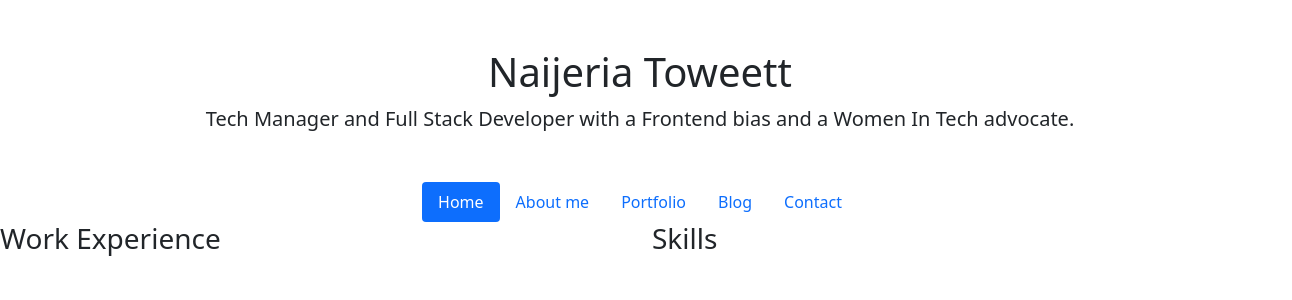
Repository: mamatechafrica/portfolio
Page: index.html
These files come from the project's save history. The page is drawn as it stood at one moment and after a run of saves; the edit follows.
The browser window is 1280 px wide. The page is 1292 px wide, so the pictures cover 1292 px, including what lies to the right of the window. The pictures show the whole page.

Above is the page before, as saved 2022-01-04 13:38:09.

### index.html
<!doctype html>
<html lang="en">
    <head>
        <!-- Required meta tags -->
        <meta charset="utf-8">
        <meta name="viewport" content="width=device-width, initial-scale=1">

        <!-- Bootstrap CSS -->
        <link href="https://cdn.jsdelivr.net/npm/bootstrap@5.0.2/dist/css/bootstrap.min.css" rel="stylesheet" integrity="sha384-EVSTQN3/azprG1Anm3QDgpJLIm9Nao0Yz1ztcQTwFspd3yD65VohhpuuCOmLASjC" crossorigin="anonymous">

        <title>NashTheCoder portfolio</title>
    </head>
    <body>
        <div class="container text-center my-5">
            <h1>Naijeria Toweett</h1>
            <p class="lead">
                Tech Manager and Full Stack Developer with a Frontend bias and a Women In Tech advocate.
            </p>
        </div>

        <div class="container">
            <nav>
                <ul class="nav nav-pills justify-content-center">
                    <li class="nav-item">
                        <a class="nav-link active" aria-current="page" href="#">Home</a>
                    </li>
                    <li class="nav-item">
                        <a class="nav-link" href="#">About me</a>
                    </li>
                    <li class="nav-item">
                        <a class="nav-link" href="#">Portfolio</a>
                    </li>
                    <li class="nav-item">
                        <a class="nav-link" href="https://mumlovestech.com/" target="blank">Blog</a>
                    </li>
                    <li class="nav-item">
                        <a class="nav-link" href="#">Contact</a>
                    </li>
                </ul>
            </nav>
        </div>

        <div class="conatiner">
            <div class="row">
                <div class="col">
                    <h3>Work Experience</h3>
                </div>

                <div class="col">
                    <h3>Skills</h3>
                </div>
            </div>
        </div>

        <!-- Optional JavaScript; choose one of the two! -->

        <!-- Option 1: Bootstrap Bundle with Popper -->
        <script src="https://cdn.jsdelivr.net/npm/bootstrap@5.0.2/dist/js/bootstrap.bundle.min.js" integrity="sha384-MrcW6ZMFYlzcLA8Nl+NtUVF0sA7MsXsP1UyJoMp4YLEuNSfAP+JcXn/tWtIaxVXM" crossorigin="anonymous"></script>

        <!-- Option 2: Separate Popper and Bootstrap JS -->
        <!--
        <script src="https://cdn.jsdelivr.net/npm/@popperjs/core@2.9.2/dist/umd/popper.min.js" integrity="sha384-IQsoLXl5PILFhosVNubq5LC7Qb9DXgDA9i+tQ8Zj3iwWAwPtgFTxbJ8NT4GN1R8p" crossorigin="anonymous"></script>
        <script src="https://cdn.jsdelivr.net/npm/bootstrap@5.0.2/dist/js/bootstrap.min.js" integrity="sha384-cVKIPhGWiC2Al4u+LWgxfKTRIcfu0JTxR+EQDz/bgldoEyl4H0zUF0QKbrJ0EcQF" crossorigin="anonymous"></script>
        -->
    </body>
</html>

After the next 2 saves:
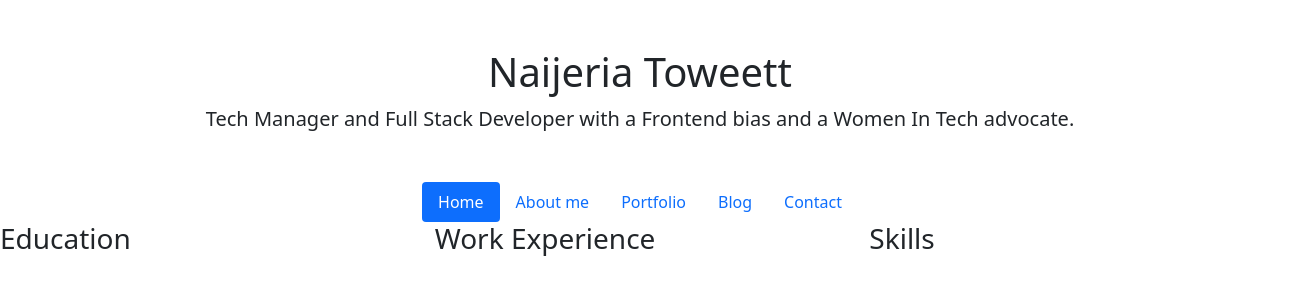
The 2 saves are shown as one change because they came seconds apart.
The last was saved 6 s later.
--- a/index.html
+++ b/index.html
@@ -43,9 +43,11 @@
         <div class="conatiner">
             <div class="row">
                 <div class="col">
+                    <h3>Education</h3>
+                </div>
+                <div class="col">
                     <h3>Work Experience</h3>
                 </div>
-
                 <div class="col">
                     <h3>Skills</h3>
                 </div>
